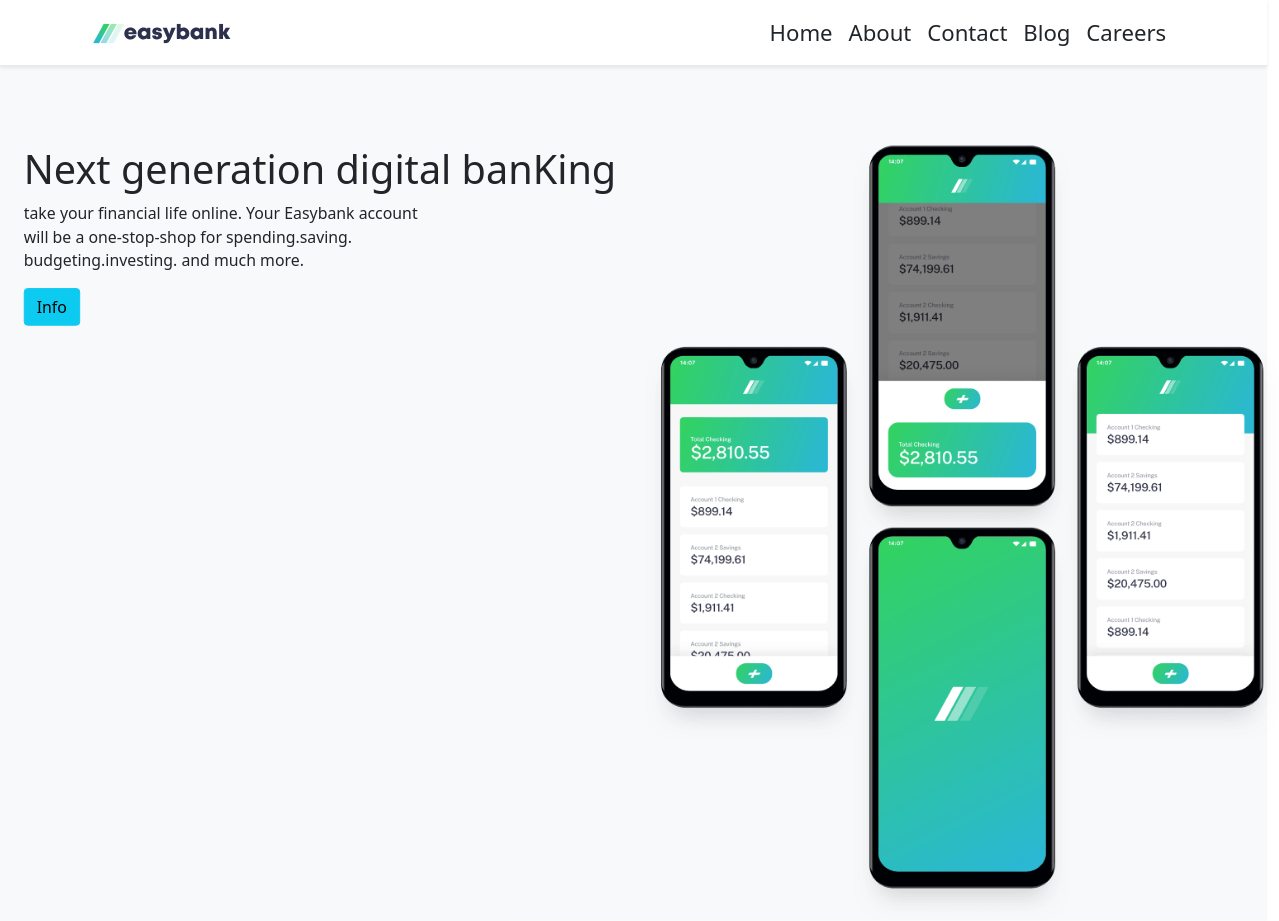
Repository: devbastos/easy-Bank
Page: / (app in frontend/)
An editor plug-in stored every save of this project. The page is shown before and after the next save, followed by the edit.
The browser window is 1280 px wide. The page is 1292 px wide, so the pictures cover 1292 px, including what lies to the right of the window. The pictures show the whole page, at 99% of full size.
Some web libraries are served in a nearby version. The project was rebuilt for these pictures with package versions that can differ from the ones it lists, and the page was loaded fresh each time.

Above is the page before, as saved 2022-02-03 18:45:36.

After the next save:
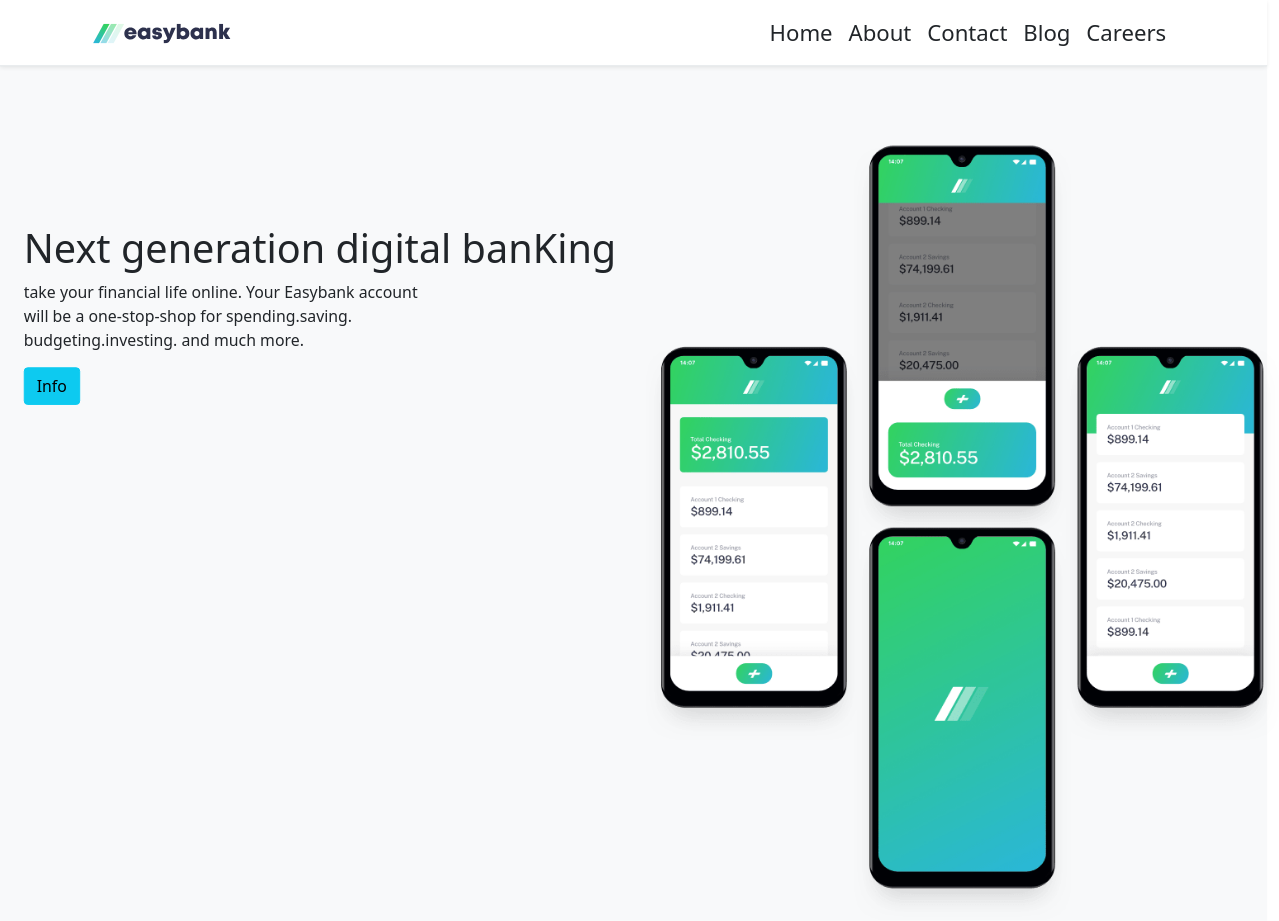
Saved 5 s later.
--- a/frontend/src/app/template/header/header.component.css
+++ b/frontend/src/app/template/header/header.component.css
@@ -4,5 +4,5 @@
 }
 
 .textos {
-  margin-top: 5rem;
+  margin-top: 10rem;
 }
